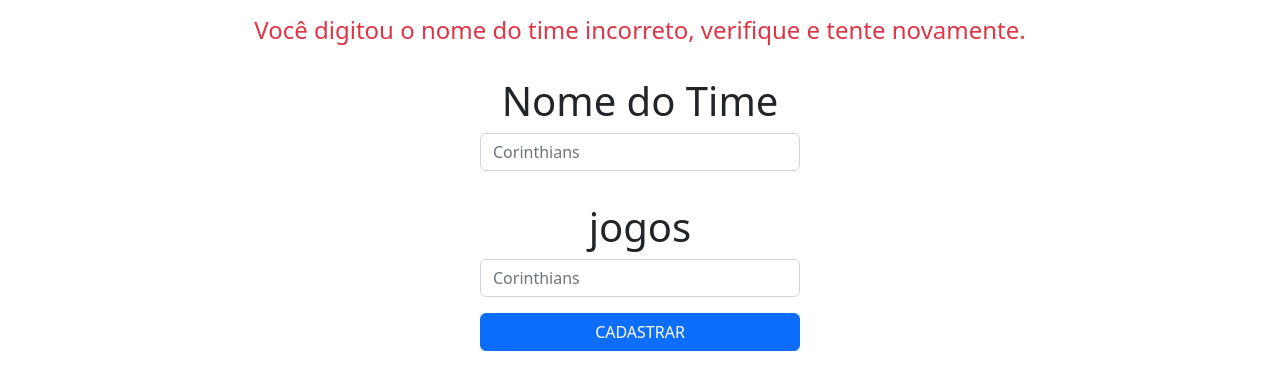
Repository: ricardodamaceno/Coeficiente-de-Variacao-de-Gols
Page: http://localhost/add-erro
These files come from the project's save history. The page is drawn as it stood at one moment and after the next save; the edit follows.
The browser window is 1280 px wide. The pictures show the whole page.
The page is this project's Thymeleaf template; nobody is signed in. The template is opened directly, without the code that normally fills it, so the values that code supplies are empty.

Above is the page before, as saved 2022-09-17 16:52:01.

After the next save:
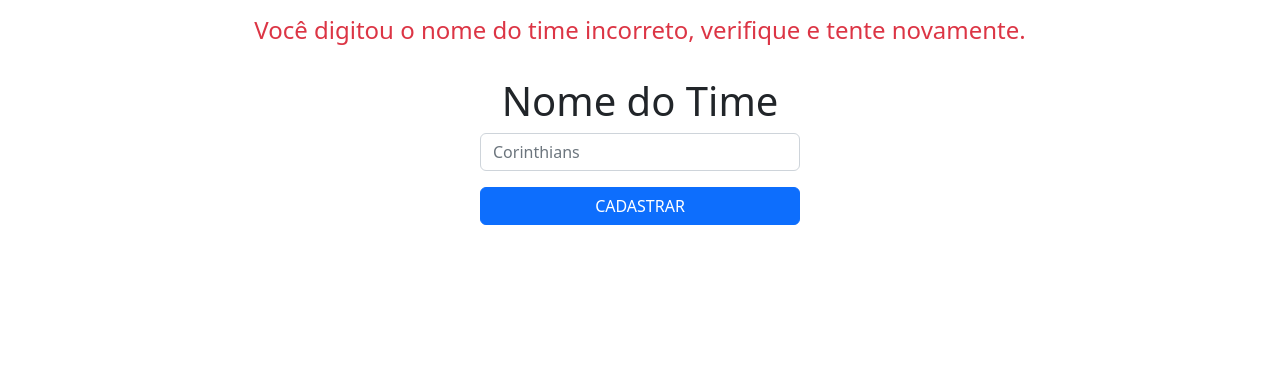
Saved 46 s later.
--- a/aposta-tozo/src/main/resources/templates/add-erro.html
+++ b/aposta-tozo/src/main/resources/templates/add-erro.html
@@ -20,10 +20,6 @@
 			<label for="exampleInputEmail1" class="form-label mt-3 h1">Nome do Time</label>
 			<input type="text" placeholder="Corinthians" class="form-control" name="nomeTime">
 		</div>
-		<div class="mb-3 text-center">
-			<label for="exampleInputEmail1" class="form-label mt-3 h1">jogos</label>
-			<input type="text" placeholder="Corinthians" class="form-control" name="jogosAnalisados">
-		</div>
 		<button type="submit" class="btn btn-primary rounded mx-auto d-block col-md-12">CADASTRAR</button>
 	</form>
 </div>

After the save that followed:
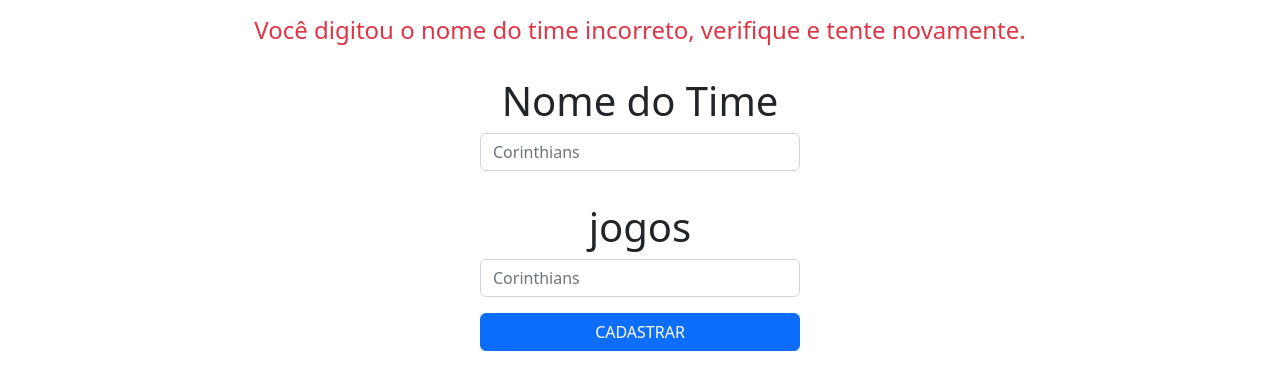
Saved 10 s later.
--- a/aposta-tozo/src/main/resources/templates/add-erro.html
+++ b/aposta-tozo/src/main/resources/templates/add-erro.html
@@ -20,6 +20,10 @@
 			<label for="exampleInputEmail1" class="form-label mt-3 h1">Nome do Time</label>
 			<input type="text" placeholder="Corinthians" class="form-control" name="nomeTime">
 		</div>
+		<div class="mb-3 text-center">
+			<label for="exampleInputEmail1" class="form-label mt-3 h1">jogos</label>
+			<input type="text" placeholder="Corinthians" class="form-control" name="jogosAnalisados">
+		</div>
 		<button type="submit" class="btn btn-primary rounded mx-auto d-block col-md-12">CADASTRAR</button>
 	</form>
 </div>
